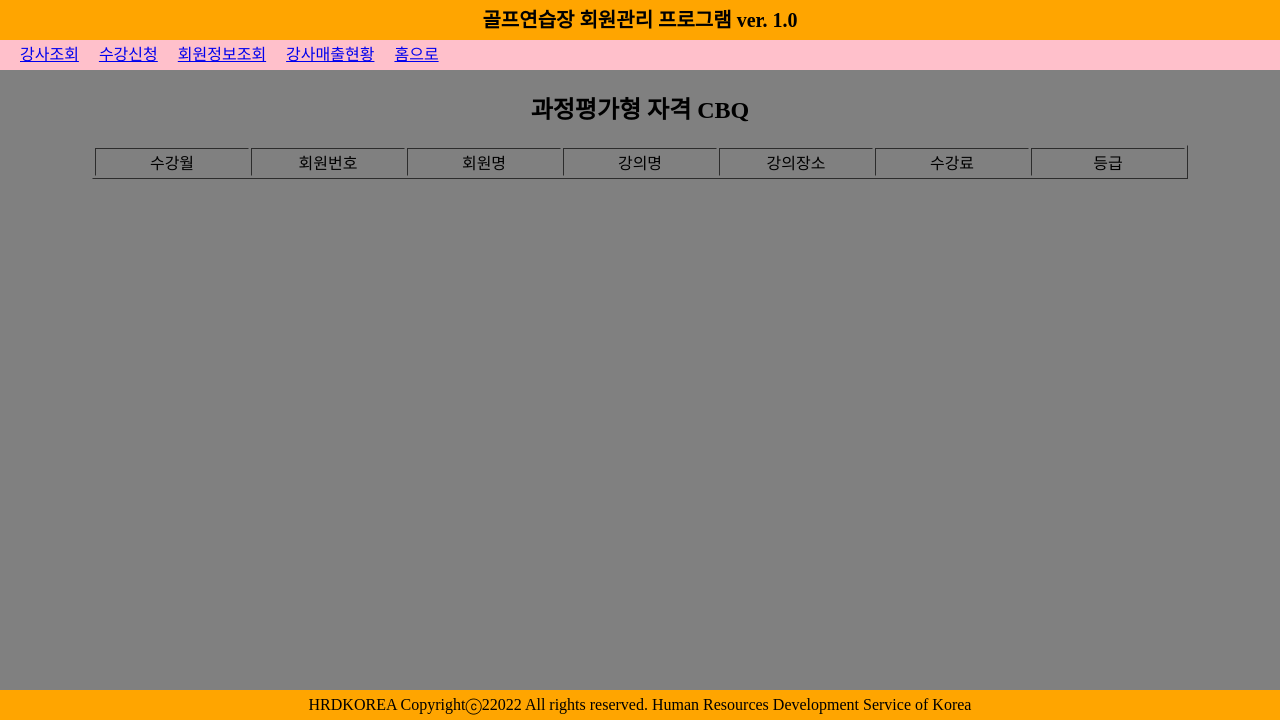
Repository: leesuyeon116/HRD_3
Page: http://localhost/HRD_0505/mlist.jsp
An editor plug-in stored every save of this project. The page is shown before and after the next save, followed by the edit.
The browser window is 1280 px wide. The pictures show the whole page.
The page is served by Tomcat 9.

Above is the page before, as saved 2024-05-05 13:00:07.

After the next save:
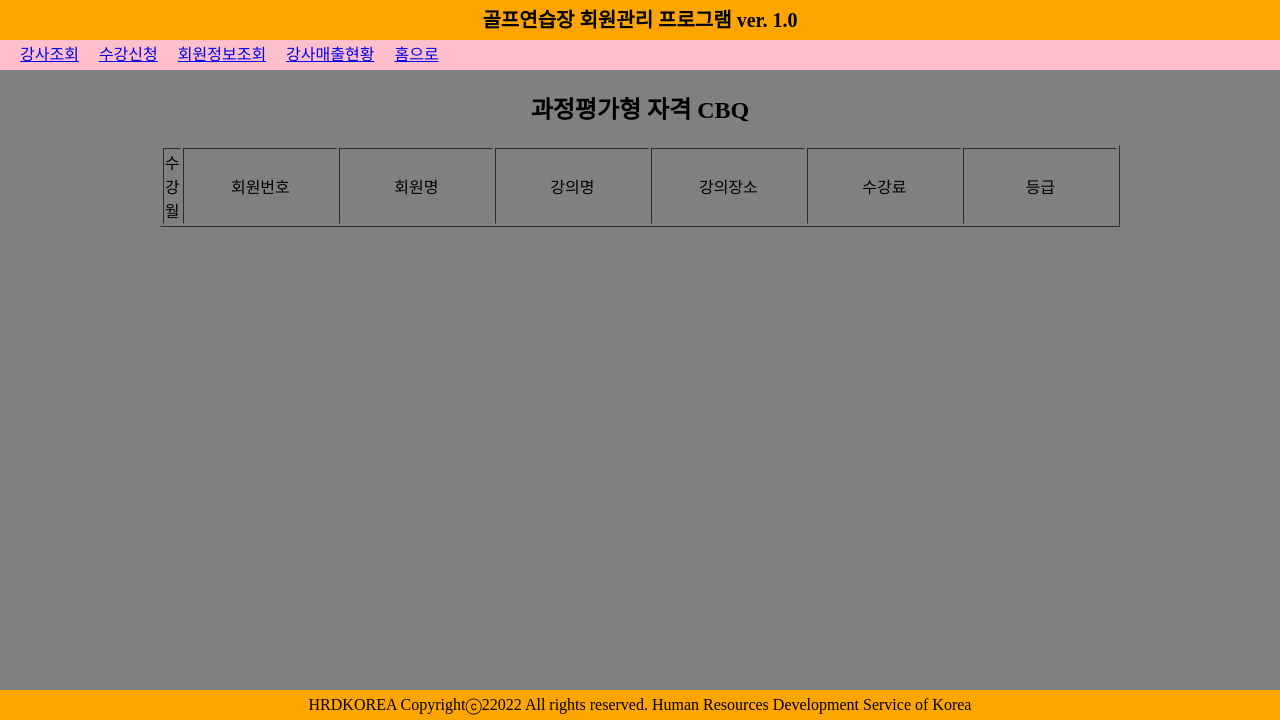
Saved 11 s later.
--- a/workspace/HRD_0505/src/main/webapp/mlist.jsp
+++ b/workspace/HRD_0505/src/main/webapp/mlist.jsp
@@ -14,7 +14,7 @@
 	<form style="display: flex; align-items: center; justify-content: center; text-align: center">
 		<table border="1">
 			<tr>
-				<td style="width: 150px">수강월</td>
+				<td style="width: 10px">수강월</td>
 				<td style="width: 150px">회원번호</td>
 				<td style="width: 150px">회원명</td>
 				<td style="width: 150px">강의명</td>
